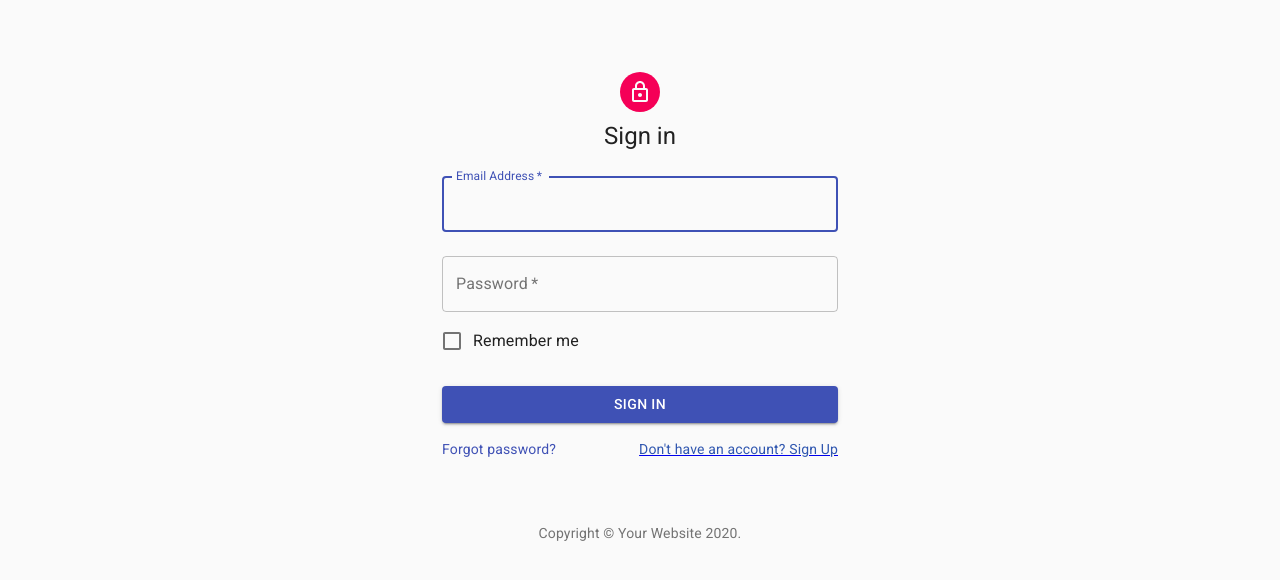
Repository: mk1020/Daily-Bot
Page: /
An editor plug-in stored every save of this project. The page is shown before and after the next save, followed by the edit.
The browser window is 1280 px wide. The pictures show the whole page.
The project was rebuilt for these pictures with package versions that can differ from the ones it lists, and the page was loaded fresh each time. Also part of the build but not shown: src/components/SignUp/SignUp.module.css, src/components/SignUp/SignUp.js, src/App.module.css.

Above is the page before, as saved 2020-03-10 21:44:55.

### public/index.html
<!DOCTYPE html>
<html lang="en">
  <head>
    <meta charset="utf-8" />
    <link rel="icon" href="%PUBLIC_URL%/favicon.ico" />
    <meta name="viewport" content="width=device-width, initial-scale=1" />
    <meta name="theme-color" content="#000000" />
    <meta
      name="description"
      content="Web site created using create-react-app"
    />
    <link rel="apple-touch-icon" href="%PUBLIC_URL%/logo192.png" />
    <!--
      manifest.json provides metadata used when your web app is installed on a
      user's mobile device or desktop. See https://developers.google.com/web/fundamentals/web-app-manifest/
    -->
    <link rel="manifest" href="%PUBLIC_URL%/manifest.json" />
    <link rel="stylesheet" href="https://fonts.googleapis.com/css?family=Roboto:300,400,500,700&display=swap" />
    <link rel="stylesheet" href="https://fonts.googleapis.com/icon?family=Material+Icons" />
    <!--
      Notice the use of %PUBLIC_URL% in the tags above.
      It will be replaced with the URL of the `public` folder during the build.
      Only files inside the `public` folder can be referenced from the HTML.

      Unlike "/favicon.ico" or "favicon.ico", "%PUBLIC_URL%/favicon.ico" will
      work correctly both with client-side routing and a non-root public URL.
      Learn how to configure a non-root public URL by running `npm run build`.
    -->
    <title>React App</title>
  </head>
  <body>
    <noscript>You need to enable JavaScript to run this app.</noscript>
<!--     <script src="/node_modules/amazon-cognito-identity-js/dist/amazon-cognito-identity.min.js"></script>
 -->    <div id="root"></div>
    <!--
      This HTML file is a template.
      If you open it directly in the browser, you will see an empty page.

      You can add webfonts, meta tags, or analytics to this file.
      The build step will place the bundled scripts into the <body> tag.

      To begin the development, run `npm start` or `yarn start`.
      To create a production bundle, use `npm run build` or `yarn build`.
    -->
  </body>
</html>

### src/index.tsx
import React from 'react';
import ReactDOM from 'react-dom';
import './index.css';
import App from './App';
import * as serviceWorker from './serviceWorker';
import Amplify from 'aws-amplify';
import awsconfig from './aws-exports';
import { BrowserRouter } from 'react-router-dom';

Amplify.configure(awsconfig);

ReactDOM.render(
	<BrowserRouter>
		<App />
	</BrowserRouter>,
	document.getElementById('root')
);

// If you want your app to work offline and load faster, you can change
// unregister() to register() below. Note this comes with some pitfalls.
// Learn more about service workers: https://bit.ly/CRA-PWA
serviceWorker.unregister();

### src/App.tsx
import React, { useState } from 'react';
import { API, graphqlOperation } from 'aws-amplify';
import { createPost } from './graphql/mutations';
import { getPost } from './graphql/queries';
import SignIn from './components/SignIn/SignIn';
import SignUp from './components/SignUp/SignUp';
import { Route } from 'react-router-dom';
import './App.module.css';
import { signInUser, signUpUser, forgotPassword } from './api/aws-cognito';

/*  signUpUser("covboi555@mail.ru", 'Mike', "Mm123456").then((success)=> {
	console.log("seccess registration", success);

}) */

/* signInUser("covboi555@mail.ru", "123456789s0lk").then((success)=>{
	console.log("seccess login", success);
})
 */

/* forgotPassword('covboi555@mail.ru').then(
	success => {
		debugger;
		console.log('forgor succes', success);
	},
	err => {
		console.log('err', err);
		debugger;
	}
); */
const App = () => {
	const [title, setTitle] = useState('');

	const addTitle = async () => {
		await API.graphql(
			graphqlOperation(createPost, { input: { id: 2, title: title } })
		);
		setTitle('');
	};

	const getPosts = async () => {
		const allPosts = await API.graphql(graphqlOperation(getPost, { id: 2 }));
		console.log('all posts', allPosts);
		debugger;
	};
	return (
		<div className="App">
			<Route exact path="/" render={() => <SignIn />} />
			<Route exact path="/signup" render={() => <SignUp />} />
		</div>
	);
};

export default App;

### src/aws-exports.js
// WARNING: DO NOT EDIT. This file is automatically generated by AWS Amplify. It will be overwritten.

const awsmobile = {
  "aws_project_region": 'eu-central-1',
  "aws_appsync_graphqlEndpoint":
    'https://ap4hlsdpt5b7ngmlotm2y5wqmq.appsync-api.eu-central-1.amazonaws.com/graphql',
  "aws_appsync_region": 'eu-central-1',
  "aws_appsync_authenticationType": 'API_KEY',
  "aws_appsync_apiKey": 'da2-utrcdmiqmbdr7ktnyik7n5y3xe',
 "aws_appsync_dangerously_connect_to_http_endpoint_for_testing": true,
};

export default awsmobile;

### src/graphql/mutations.ts
// tslint:disable
// this is an auto generated file. This will be overwritten

export const createBlog = /* GraphQL */ `
  mutation CreateBlog(
    $input: CreateBlogInput!
    $condition: ModelBlogConditionInput
  ) {
    createBlog(input: $input, condition: $condition) {
      id
      name
      posts {
        items {
          id
          title
        }
        nextToken
      }
    }
  }
`;
export const updateBlog = /* GraphQL */ `
  mutation UpdateBlog(
    $input: UpdateBlogInput!
    $condition: ModelBlogConditionInput
  ) {
    updateBlog(input: $input, condition: $condition) {
      id
      name
      posts {
        items {
          id
          title
        }
        nextToken
      }
    }
  }
`;
export const deleteBlog = /* GraphQL */ `
  mutation DeleteBlog(
    $input: DeleteBlogInput!
    $condition: ModelBlogConditionInput
  ) {
    deleteBlog(input: $input, condition: $condition) {
      id
      name
      posts {
        items {
          id
          title
        }
        nextToken
      }
    }
  }
`;
export const createPost = /* GraphQL */ `
  mutation CreatePost(
    $input: CreatePostInput!
    $condition: ModelPostConditionInput
  ) {
    createPost(input: $input, condition: $condition) {
      id
      title
      blog {
        id
        name
        posts {
          nextToken
        }
      }
      comments {
        items {
          id
          content
        }
        nextToken
      }
    }
  }
`;
export const updatePost = /* GraphQL */ `
  mutation UpdatePost(
    $input: UpdatePostInput!
    $condition: ModelPostConditionInput
  ) {
    updatePost(input: $input, condition: $condition) {
      id
      title
      blog {
        id
        name
        posts {
          nextToken
        }
      }
      comments {
        items {
          id
          content
        }
        nextToken
      }
    }
  }
`;
export const deletePost = /* GraphQL */ `
  mutation DeletePost(
    $input: DeletePostInput!
    $condition: ModelPostConditionInput
  ) {
    deletePost(input: $input, condition: $condition) {
      id
      title
      blog {
        id
        name
        posts {
          nextToken
        }
      }
      comments {
        items {
          id
          content
        }
        nextToken
      }
    }
  }
`;
export const createComment = /* GraphQL */ `
  mutation CreateComment(
    $input: CreateCommentInput!
    $condition: ModelCommentConditionInput
  ) {
    createComment(input: $input, condition: $condition) {
      id
      content
      post {
        id
        title
        blog {
          id
          name
        }
        comments {
          nextToken
        }
      }
    }
  }
`;
export const updateComment = /* GraphQL */ `
  mutation UpdateComment(
    $input: UpdateCommentInput!
    $condition: ModelCommentConditionInput
  ) {
    updateComment(input: $input, condition: $condition) {
      id
      content
      post {
        id
        title
        blog {
          id
          name
        }
        comments {
          nextToken
        }
      }
    }
  }
`;
export const deleteComment = /* GraphQL */ `
  mutation DeleteComment(
    $input: DeleteCommentInput!
    $condition: ModelCommentConditionInput
  ) {
    deleteComment(input: $input, condition: $condition) {
      id
      content
      post {
        id
        title
        blog {
          id
          name
        }
        comments {
          nextToken
        }
      }
    }
  }
`;

### src/graphql/queries.ts
// tslint:disable
// this is an auto generated file. This will be overwritten

export const getBlog = /* GraphQL */ `
  query GetBlog($id: ID!) {
    getBlog(id: $id) {
      id
      name
      posts {
        items {
          id
          title
        }
        nextToken
      }
    }
  }
`;
export const listBlogs = /* GraphQL */ `
  query ListBlogs(
    $filter: ModelBlogFilterInput
    $limit: Int
    $nextToken: String
  ) {
    listBlogs(filter: $filter, limit: $limit, nextToken: $nextToken) {
      items {
        id
        name
        posts {
          nextToken
        }
      }
      nextToken
    }
  }
`;
export const getPost = /* GraphQL */ `
  query GetPost($id: ID!) {
    getPost(id: $id) {
      id
      title
      blog {
        id
        name
        posts {
          nextToken
        }
      }
      comments {
        items {
          id
          content
        }
        nextToken
      }
    }
  }
`;
export const listPosts = /* GraphQL */ `
  query ListPosts(
    $filter: ModelPostFilterInput
    $limit: Int
    $nextToken: String
  ) {
    listPosts(filter: $filter, limit: $limit, nextToken: $nextToken) {
      items {
        id
        title
        blog {
          id
          name
        }
        comments {
          nextToken
        }
      }
      nextToken
    }
  }
`;
export const getComment = /* GraphQL */ `
  query GetComment($id: ID!) {
    getComment(id: $id) {
      id
      content
      post {
        id
        title
        blog {
          id
          name
        }
        comments {
          nextToken
        }
      }
    }
  }
`;
export const listComments = /* GraphQL */ `
  query ListComments(
    $filter: ModelCommentFilterInput
    $limit: Int
    $nextToken: String
  ) {
    listComments(filter: $filter, limit: $limit, nextToken: $nextToken) {
      items {
        id
        content
        post {
          id
          title
        }
      }
      nextToken
    }
  }
`;

### src/components/SignIn/SignIn.js
import React from 'react';
import Avatar from '@material-ui/core/Avatar';
import Button from '@material-ui/core/Button';
import CssBaseline from '@material-ui/core/CssBaseline';
import TextField from '@material-ui/core/TextField';
import FormControlLabel from '@material-ui/core/FormControlLabel';
import Checkbox from '@material-ui/core/Checkbox';
import Link from '@material-ui/core/Link';
import Grid from '@material-ui/core/Grid';
import Box from '@material-ui/core/Box';
import LockOutlinedIcon from '@material-ui/icons/LockOutlined';
import Typography from '@material-ui/core/Typography';
import { makeStyles } from '@material-ui/core/styles';
import Container from '@material-ui/core/Container';
import { NavLink } from 'react-router-dom';
import styles from './SignIn.module.css'
function Copyright() {
	return (
		<Typography variant="body2" color="textSecondary" align="center">
			{'Copyright © '}
			<Link color="inherit" href="https://material-ui.com/">
				Your Website
			</Link>{' '}
			{new Date().getFullYear()}
			{'.'}
		</Typography>
	);
}

const useStyles = makeStyles(theme => ({
	paper: {
		marginTop: theme.spacing(8),
		display: 'flex',
		flexDirection: 'column',
		alignItems: 'center',
	},
	avatar: {
		margin: theme.spacing(1),
		backgroundColor: theme.palette.secondary.main,
	},
	form: {
		width: '100%', // Fix IE 11 issue.
		marginTop: theme.spacing(1),
	},
	submit: {
		margin: theme.spacing(3, 0, 2),
	},
}));

export default function SignIn() {
	const classes = useStyles();

	return (
		<Container component="main" maxWidth="xs">
			<CssBaseline />
			<div className={classes.paper}>
				<Avatar className={classes.avatar}>
					<LockOutlinedIcon />
				</Avatar>
				<Typography component="h1" variant="h5">
					Sign in
				</Typography>
				<form className={classes.form} noValidate>
					<TextField
						variant="outlined"
						margin="normal"
						required
						fullWidth
						id="email"
						label="Email Address"
						name="email"
						autoComplete="email"
						autoFocus
					/>
					<TextField
						variant="outlined"
						margin="normal"
						required
						fullWidth
						name="password"
						label="Password"
						type="password"
						id="password"
						autoComplete="current-password"
					/>
					<FormControlLabel
						control={<Checkbox value="remember" color="primary" />}
						label="Remember me"
					/>
					<Button
						type="submit"
						fullWidth
						variant="contained"
						color="primary"
						className={classes.submit}
					>
						Sign In
					</Button>
					<Grid container>
						<Grid item xs>
							<Link href="#" variant="body2">
								Forgot password?
							</Link>
						</Grid>
						<Grid item>
							<NavLink to="/signup">
								<div className={styles.a}>{"Don't have an account? Sign Up"}</div>
							</NavLink>
						</Grid>
					</Grid>
				</form>
			</div>
			<Box mt={8}>
				<Copyright />
			</Box>
		</Container>
	);
}

### src/components/SignIn/SignIn.module.css
.a {
  color:#2F56AF;
}

Loaded but not shown: src/index.css (common file); src/serviceWorker.ts (common file)

After the next save:
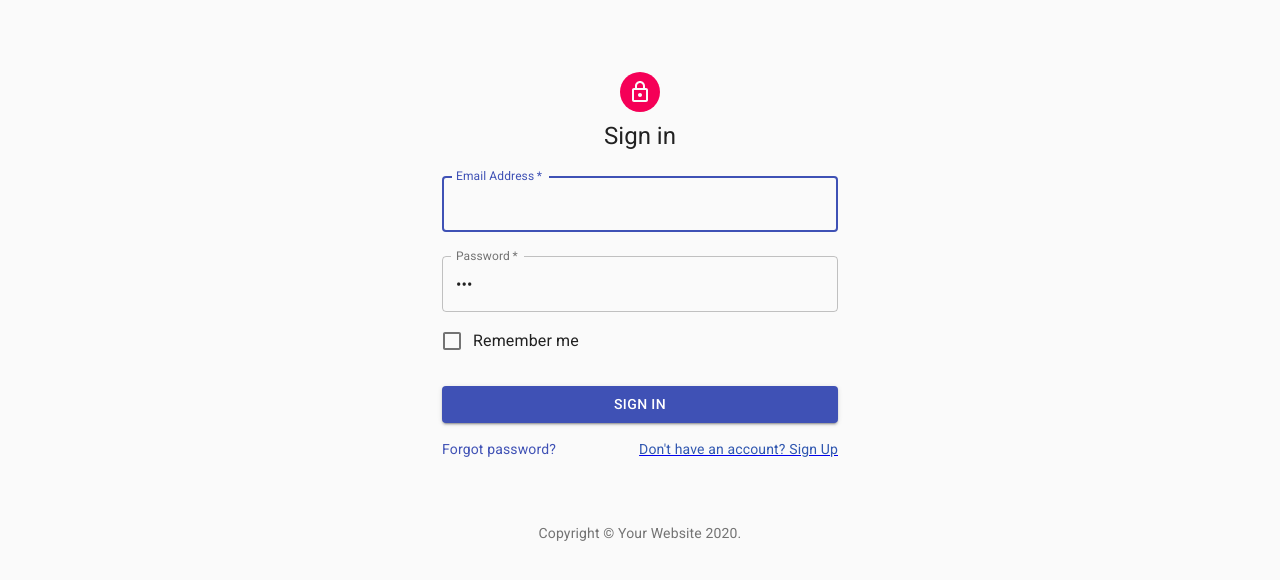
Saved 18 h 50 min later.
--- a/src/components/SignIn/SignIn.js
+++ b/src/components/SignIn/SignIn.js
@@ -82,6 +82,7 @@
 						type="password"
 						id="password"
 						autoComplete="current-password"
+						value='123'
 					/>
 					<FormControlLabel
 						control={<Checkbox value="remember" color="primary" />}

After the save that followed:
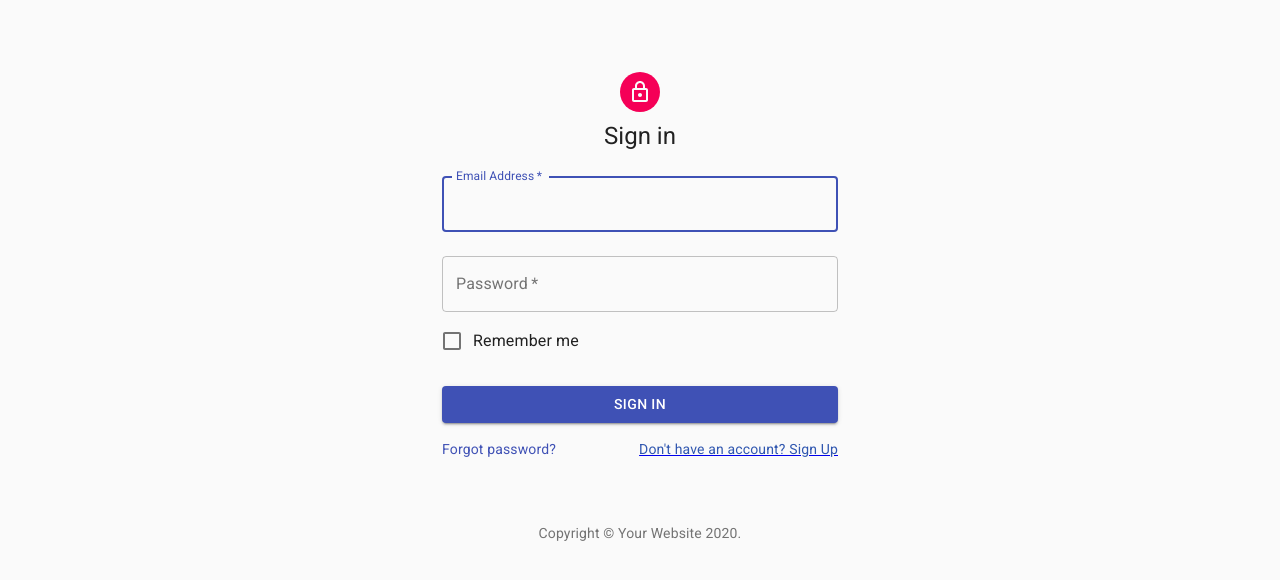
Saved 11 min 37 s later.
--- a/src/components/SignIn/SignIn.js
+++ b/src/components/SignIn/SignIn.js
@@ -1,4 +1,4 @@
-import React from 'react';
+import React, { useState } from 'react';
 import Avatar from '@material-ui/core/Avatar';
 import Button from '@material-ui/core/Button';
 import CssBaseline from '@material-ui/core/CssBaseline';
@@ -13,7 +13,7 @@
 import { makeStyles } from '@material-ui/core/styles';
 import Container from '@material-ui/core/Container';
 import { NavLink } from 'react-router-dom';
-import styles from './SignIn.module.css'
+import styles from './SignIn.module.css';
 function Copyright() {
 	return (
 		<Typography variant="body2" color="textSecondary" align="center">
@@ -49,6 +49,8 @@
 
 export default function SignIn() {
 	const classes = useStyles();
+	const [email, changeEmail] = useState('');
+	const [pass, changePass] = useState('');
 
 	return (
 		<Container component="main" maxWidth="xs">
@@ -71,6 +73,8 @@
 						name="email"
 						autoComplete="email"
 						autoFocus
+						onChange={(e) => changeEmail(e.targer.value)}
+						value={email}
 					/>
 					<TextField
 						variant="outlined"
@@ -82,7 +86,8 @@
 						type="password"
 						id="password"
 						autoComplete="current-password"
-						value='123'
+						onChange={(e) => changePass(e.targer.value)}
+						value={pass}
 					/>
 					<FormControlLabel
 						control={<Checkbox value="remember" color="primary" />}
